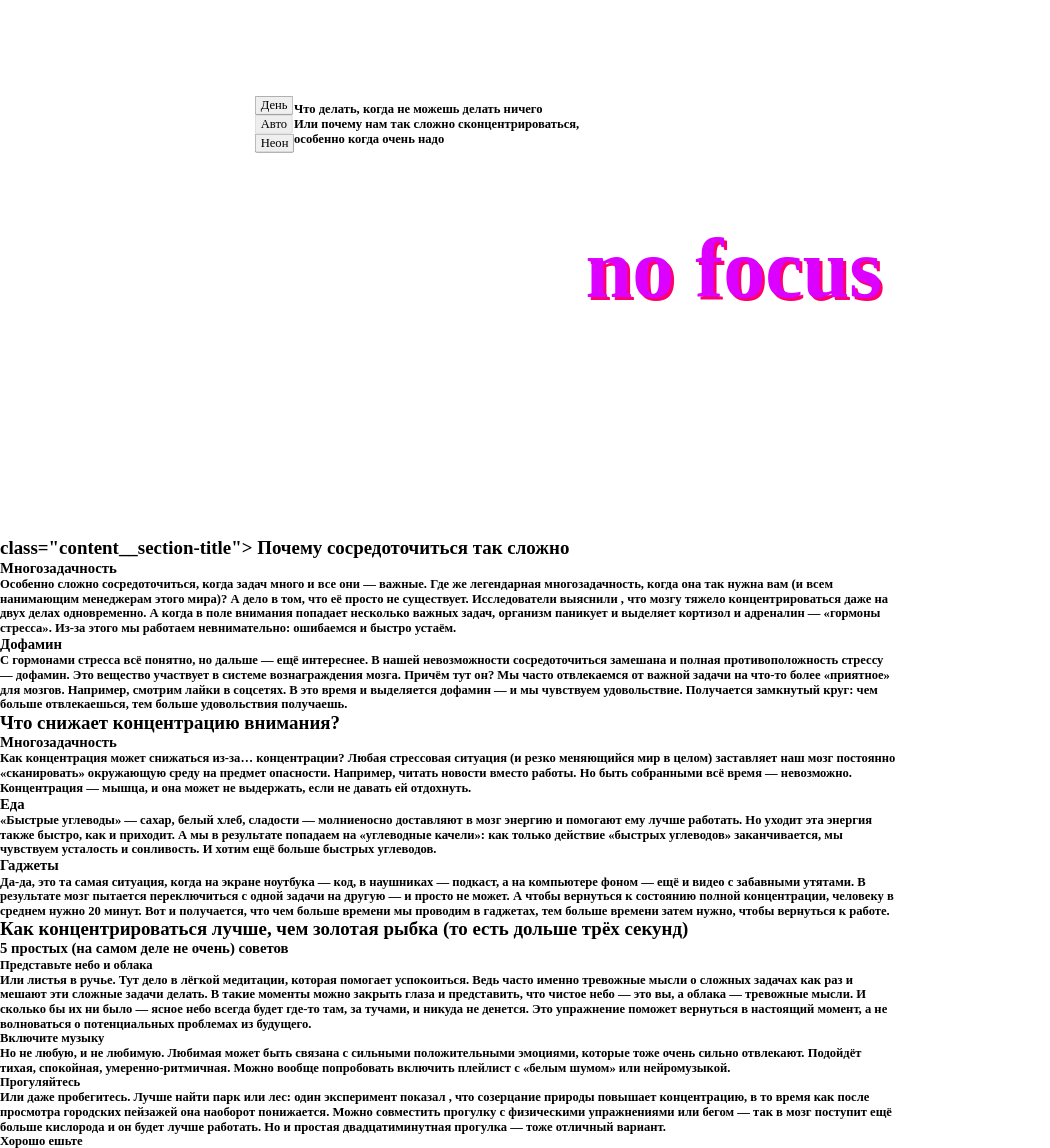
Repository: NikWolf75/slozhno-sosredotochitsya-fd
Page: index.html
These files come from the project's save history. The page is drawn as it stood at one moment and after a run of saves; the edit follows.
The browser window is 1280 px wide. The page is 1500 px wide, so the pictures cover 1500 px, including what lies to the right of the window. The pictures show the part of the page from y = 0 to 1640 px (the page is 4833 px tall), at 70% of full size.

Above is the page before, as saved 2025-02-26 11:54:10.

After the next 3 saves:
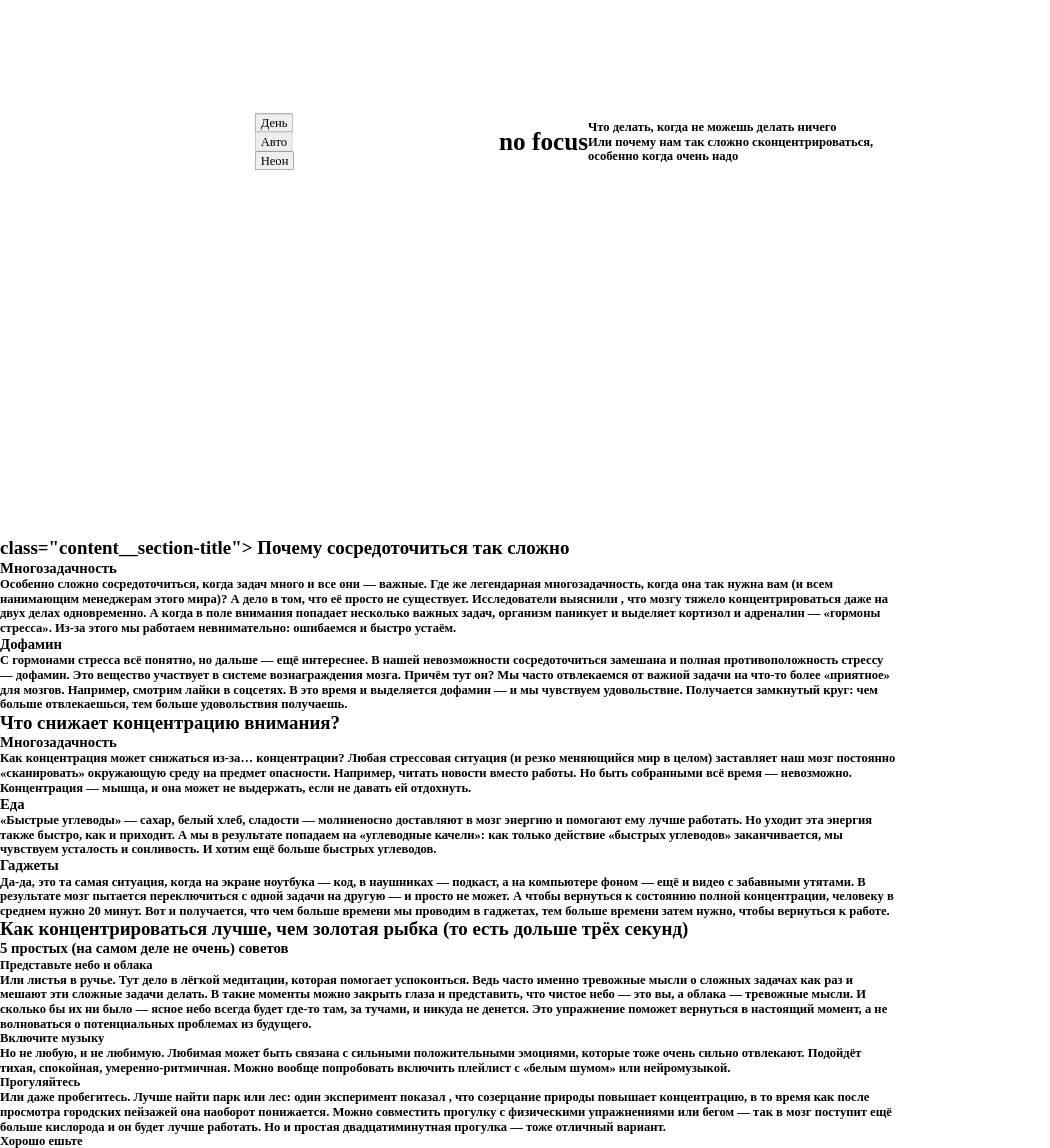
The 3 saves are shown as one change because they came seconds apart.
The last was saved 50 s later.
--- a/styles/style.css
+++ b/styles/style.css
@@ -37,6 +37,8 @@
   }
 }
 
+.decora
+
 .header__title {
   font-size: clamp(7.25rem, 7.0115rem + 1.0178vw, 7.5rem);
   line-height: 83%;

After the 4 saves that followed:
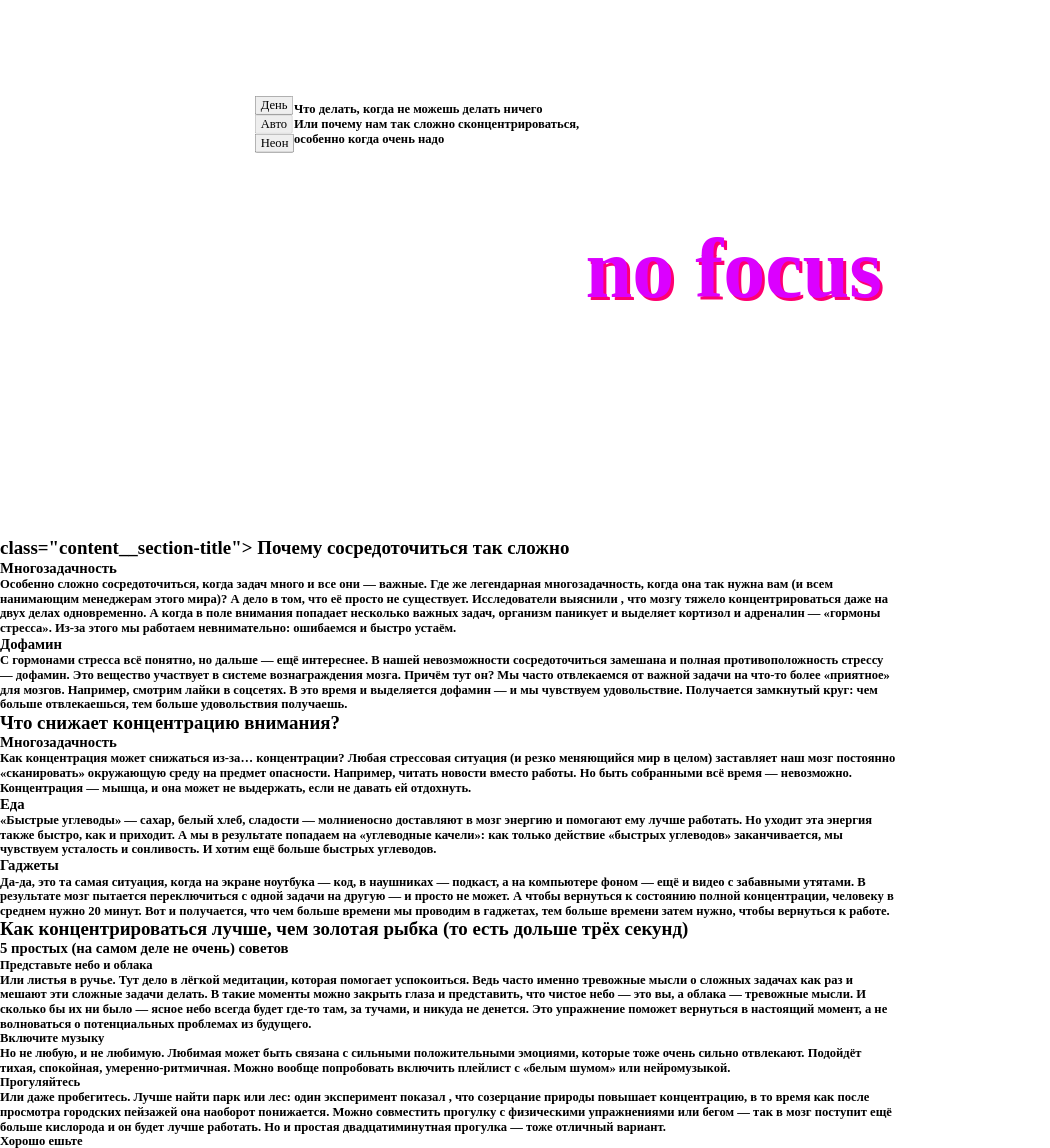
The 4 saves are shown as one change because they came seconds apart.
The last was saved 10 s later.
--- a/styles/style.css
+++ b/styles/style.css
@@ -37,7 +37,9 @@
   }
 }
 
-.decora
+.decorated-zone {
+  position: relative;
+}
 
 .header__title {
   font-size: clamp(7.25rem, 7.0115rem + 1.0178vw, 7.5rem);
